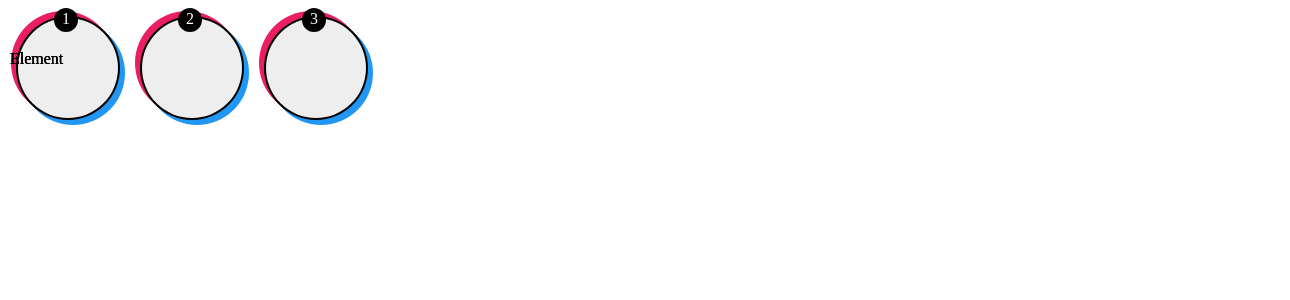
Repository: Body789/CSS_ELZERO
Page: Assignments/Assigmennt_10/Assignment_1/index.html
An editor plug-in stored every save of this project. The page is shown before and after the next save, followed by the edit.
The browser window is 1280 px wide. The page is 1280 px wide, then 1290 px, so the pictures cover 1290 px, including what lies to the right of the window. The pictures show the whole page.

Above is the page before, as saved 2022-09-18 12:28:26.

After the next save:
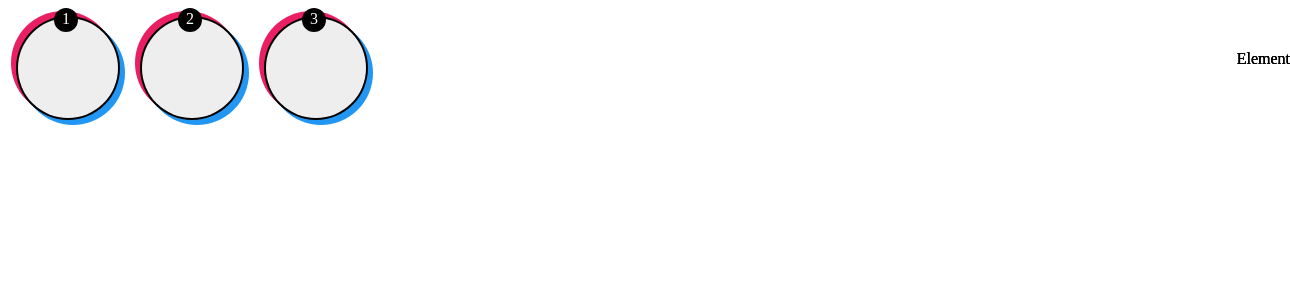
Saved 27 s later.
--- a/Assignments/Assigmennt_10/Assignment_1/Css/style.css
+++ b/Assignments/Assigmennt_10/Assignment_1/Css/style.css
@@ -39,7 +39,6 @@ div::before {
   color: black;
   display: inline-block;
   position: absolute;
-  left: 10px;
   top: 50px;
-
+right: -10px;
 }
